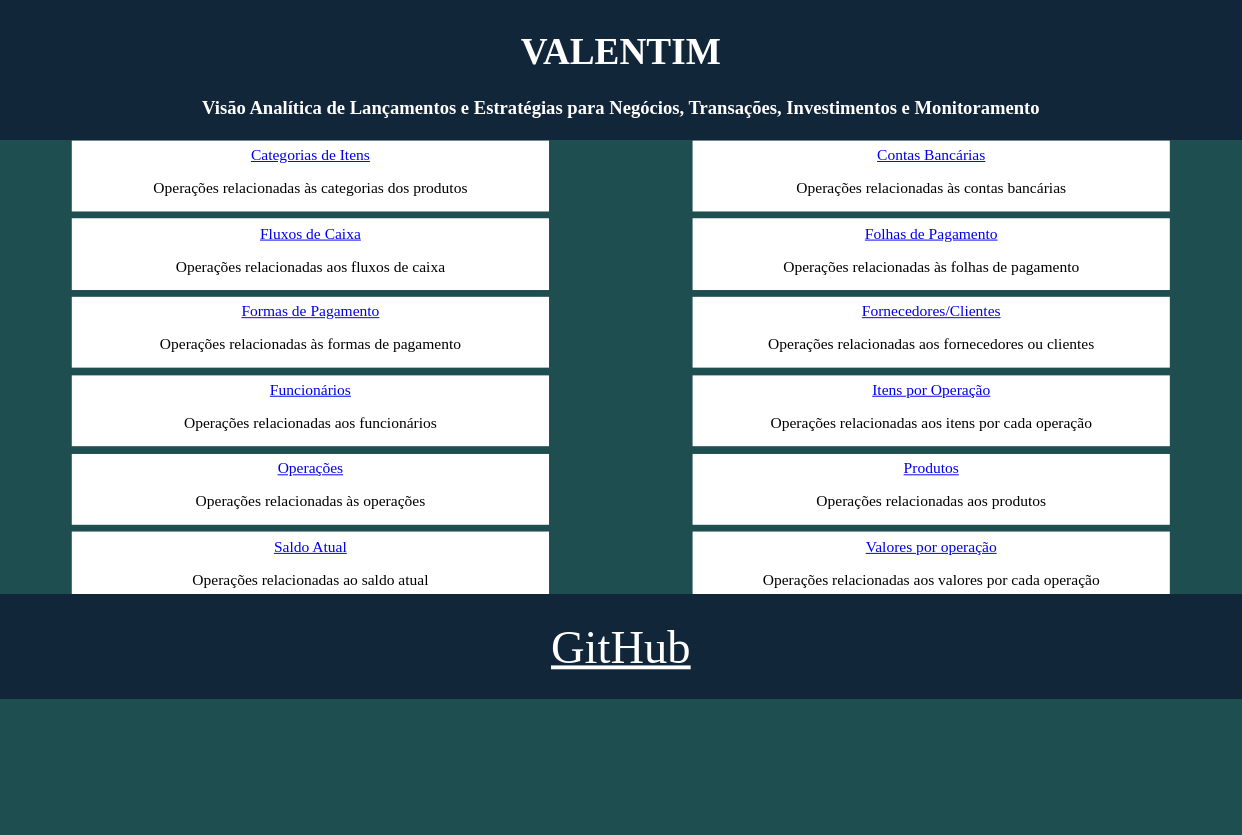
Repository: Matheus-Lacerda009/ERP-Financeiro
Page: Front/menu/menu.html
The author's editor kept a copy of each file at every save. The page is drawn from the files as they stood at one save, then again after the next save.
The browser window is 1280 px wide. The pictures show the whole page, at 97% of full size.

Above is the page before, as saved 2026-07-13 19:04:42.

### Front/menu/menu.html
<!DOCTYPE html>
<html lang="en">
<head>
    <meta charset="UTF-8">
    <meta name="viewport" content="wclassth=device-wclassth, initial-scale=1.0">
    <link rel="stylesheet" href="menu.css">
    <title>Document</title>
</head>
<body>
    <header>
        <h1>VALENTIM</h1>
        <h2>Visão Analítica de Lançamentos e Estratégias para Negócios, Transações, Investimentos e Monitoramento</h2>
    </header>
    <main>
        <div id="espaço"></div>
        <div class="container">
            <div class="divEntidades">
                <a href="../categoria_item/categoria_item.html">Categorias de Itens</a>
                <p>Operações relacionadas às categorias dos produtos</p>
            </div>
            <div class="divEntidades">
                <a href="../conta_bancaria/conta_bancaria.html">Contas Bancárias</a>
                <p>Operações relacionadas às contas bancárias</p>
            </div>
            <div class="divEntidades">
                <a href="../fluxo_caixa/fluxo_caixa.html">Fluxos de Caixa</a>
                <p>Operações relacionadas aos fluxos de caixa</p>
            </div>
            <div class="divEntidades">
                <a href="../folha_pagamento/folha_pagamento.html">Folhas de Pagamento</a>
                <p>Operações relacionadas às folhas de pagamento</p>
            </div>
            <div class="divEntidades">
                <a href="../forma_pagamento/forma_pagamento.html">Formas de Pagamento</a>
                <p>Operações relacionadas às formas de pagamento</p>
            </div>
            <div class="divEntidades">
                <a href="../fornecedor_cliente/fornecedor_cliente.html">Fornecedores/Clientes</a>
                <p>Operações relacionadas aos fornecedores ou clientes</p>
            </div>
            <div class="divEntidades">
                <a href="../funcionario/funcionario.html">Funcionários</a>
                <p>Operações relacionadas aos funcionários</p>
            </div>
            <div class="divEntidades">
                <a href="../itens_operacao/itens_operacao.html">Itens por Operação</a>
                <p>Operações relacionadas aos itens por cada operação</p>
            </div>
            <div class="divEntidades">
                <a href="../operacao/operacao.html">Operações</a>
                <p>Operações relacionadas às operações</p>
            </div>
            <div class="divEntidades">
                <a href="../produtos/produtos.html">Produtos</a>
                <p>Operações relacionadas aos produtos</p>
            </div>
            <div class="divEntidades">
                <a href="../saldoAtual/saldoAtual.html">Saldo Atual</a>
                <p>Operações relacionadas ao saldo atual</p>
            </div>
            <div class="divEntidades">
                <a href="../valor_pVenda/valor_pVenda.html">Valores por operação</a>
                <p>Operações relacionadas aos valores por cada operação</p>
            </div>
            <div class="divEntidades">
                <a href="../valor_salario/valor_salario.html">Salários</a>
                <p>Operações relacionadas aos salários</p>
            </div>
            <div class="divEntidades">
                <a href="../notaFiscal/nota_fiscal.html">Notas Fiscais</a>
                <p>Operações relacionadas às notas fiscais</p>
            </div>
        </div>
    </main>
    <footer>
        <a href="https://github.com/Matheus-Lacerda009/ERP-Financeiro.git" id="github">GitHub</a>
    </footer>
</body>
</html>

### Front/menu/menu.css
body{
    overflow: hidden;
}
header{
    position: fixed;
    top: 0;
    left: 0;
    width: 100%;
    height: 20%;
    background-color: #12263A;
    z-index: 1;
    text-align: center;
    align-content: center;
}

footer{
    position: fixed;
    bottom: 0;
    left: 0;
    width: 100%;
    height: 15%;
    background-color: #12263A;
    text-align: center;
    align-content: center;
}

#github{
    color: white;
    font-size: 300%;
}

header, h1{
    font-size: 300%;
    color: white;
    font-size: 3vw;
}

header, h2{
    color: white;
    font-size: 1.5vw;
}

body{
    margin: 0;
    padding: 0;
    background-color: #1f4e50;
}

.container{
    margin-top: 11%;
    height: 100vh;
    width: 100%;
    box-sizing: border-box;
    display: grid;
    grid-template-columns: repeat(2, 7fr);
    align-content: start;
}

.divEntidades{
    height: 75%;
    width: 75%;
    background-color: white;
    text-align: center;
    padding: 1%;
    margin: auto;
}

After the next save:
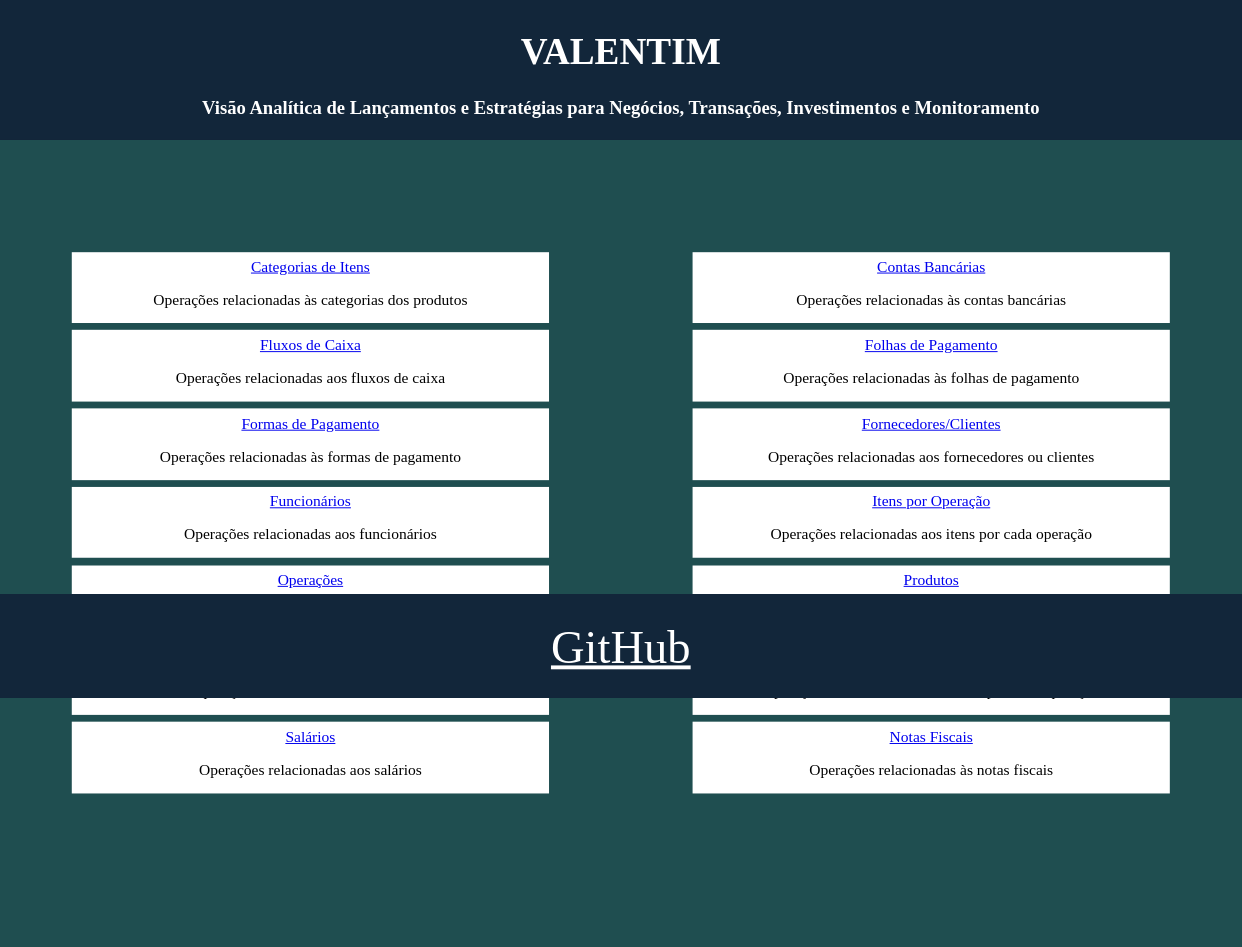
Saved 11 s later.
--- a/Front/menu/menu.css
+++ b/Front/menu/menu.css
@@ -47,7 +47,7 @@ body{
 }
 
 .container{
-    margin-top: 11%;
+    margin-top: 20%;
     height: 100vh;
     width: 100%;
     box-sizing: border-box;
